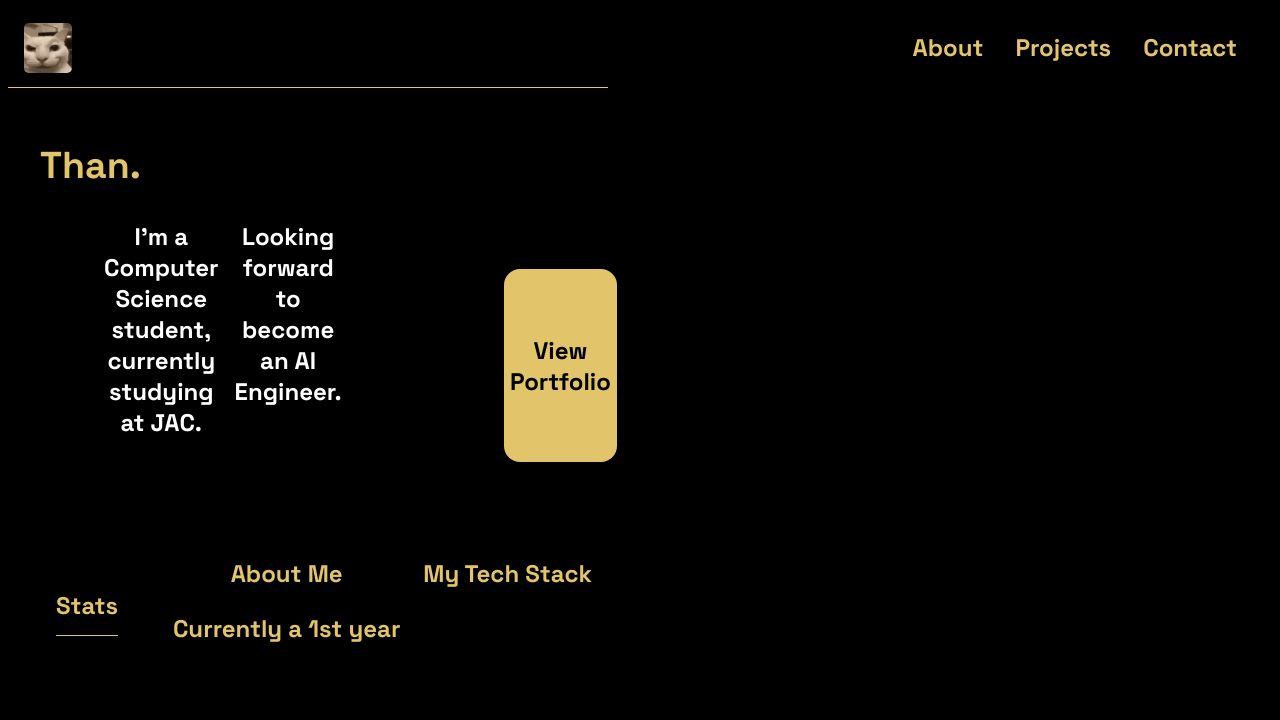
Repository: Than-dot/Than-dot
Page: index.html
The author's editor kept a copy of each file at every save. The page is drawn from the files as they stood at one save, then again after the next save.
The browser window is 1280 px wide. The pictures show the whole page.

Above is the page before, as saved 2026-05-06 13:04:24.

After the next save:
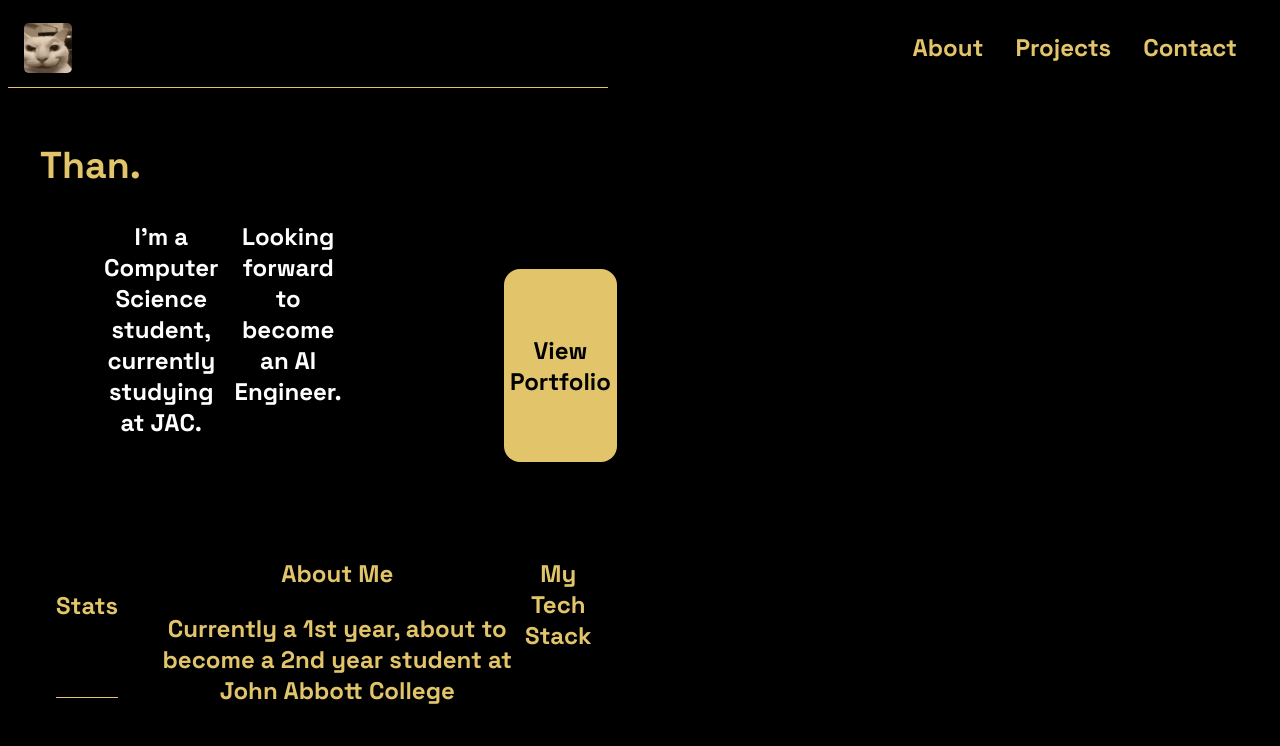
Saved 19 s later.
--- a/index.html
+++ b/index.html
@@ -31,7 +31,13 @@
     </main>
     <section class="container2">
       <article class="stats">Stats</article>
-      <aside class="s-asi">About Me <p>Currently a 1st year</p></aside>
+      <aside class="s-asi">
+        About Me
+        <p>
+          Currently a 1st year, about to become a 2nd year student at John
+          Abbott College
+        </p>
+      </aside>
       <article class="s-art">My Tech Stack</article>
     </section>
   </body>
